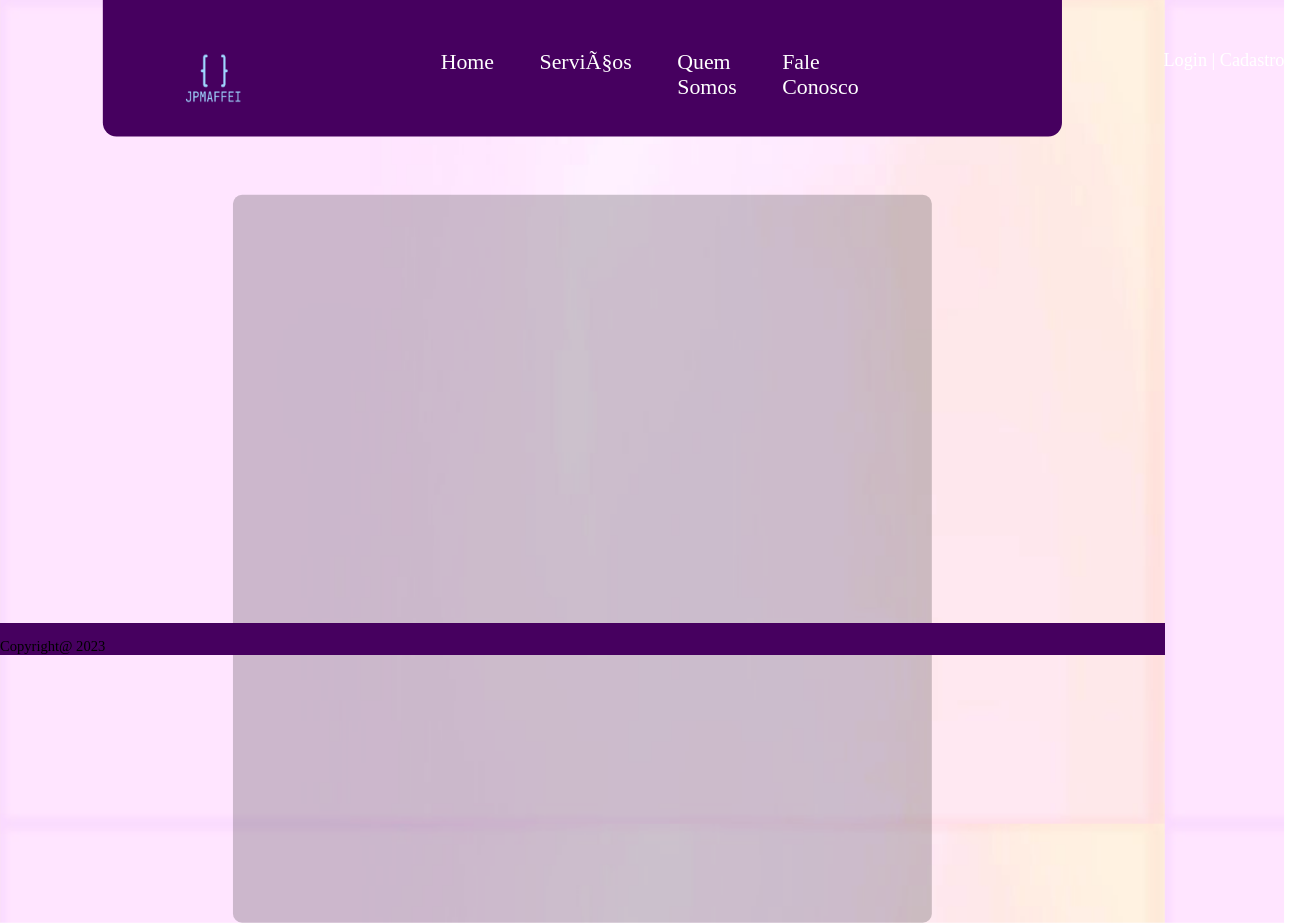
Repository: jpmaffei18/PROJETO_JAVA
Page: http://localhost/FinalWeb/home.jsp
These files come from the project's save history. The page is drawn as it stood at one moment and after the next save; the edit follows.
The browser window is 1280 px wide. The page is 1411 px wide, then 1441 px, then 1411 px, so the pictures cover 1441 px, including what lies to the right of the window. The pictures show the whole page, at 91% of full size.
Backgrounds fixed to the window are drawn as part of the page. The page is served by Tomcat 9.

Above is the page before, as saved 2023-03-31 14:19:12.

After the next save:
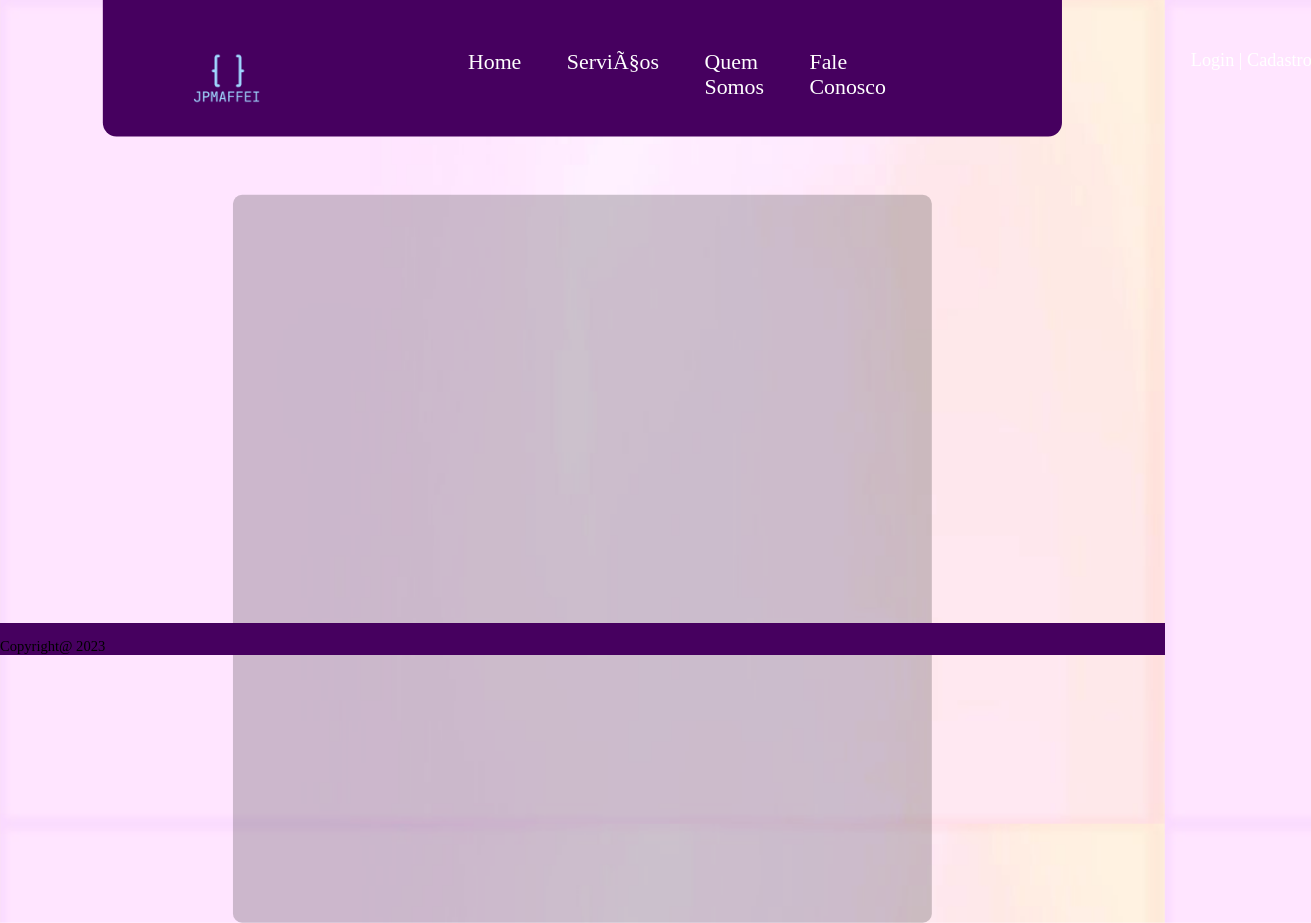
Saved 13 s later.
--- a/FinalWeb/src/main/webapp/home.css
+++ b/FinalWeb/src/main/webapp/home.css
@@ -24,6 +24,7 @@
 }
 
 .logo{
+	ar
     width: 15%;
     height: 150px;
     margin-left: 3%;

After the 2 saves that followed:
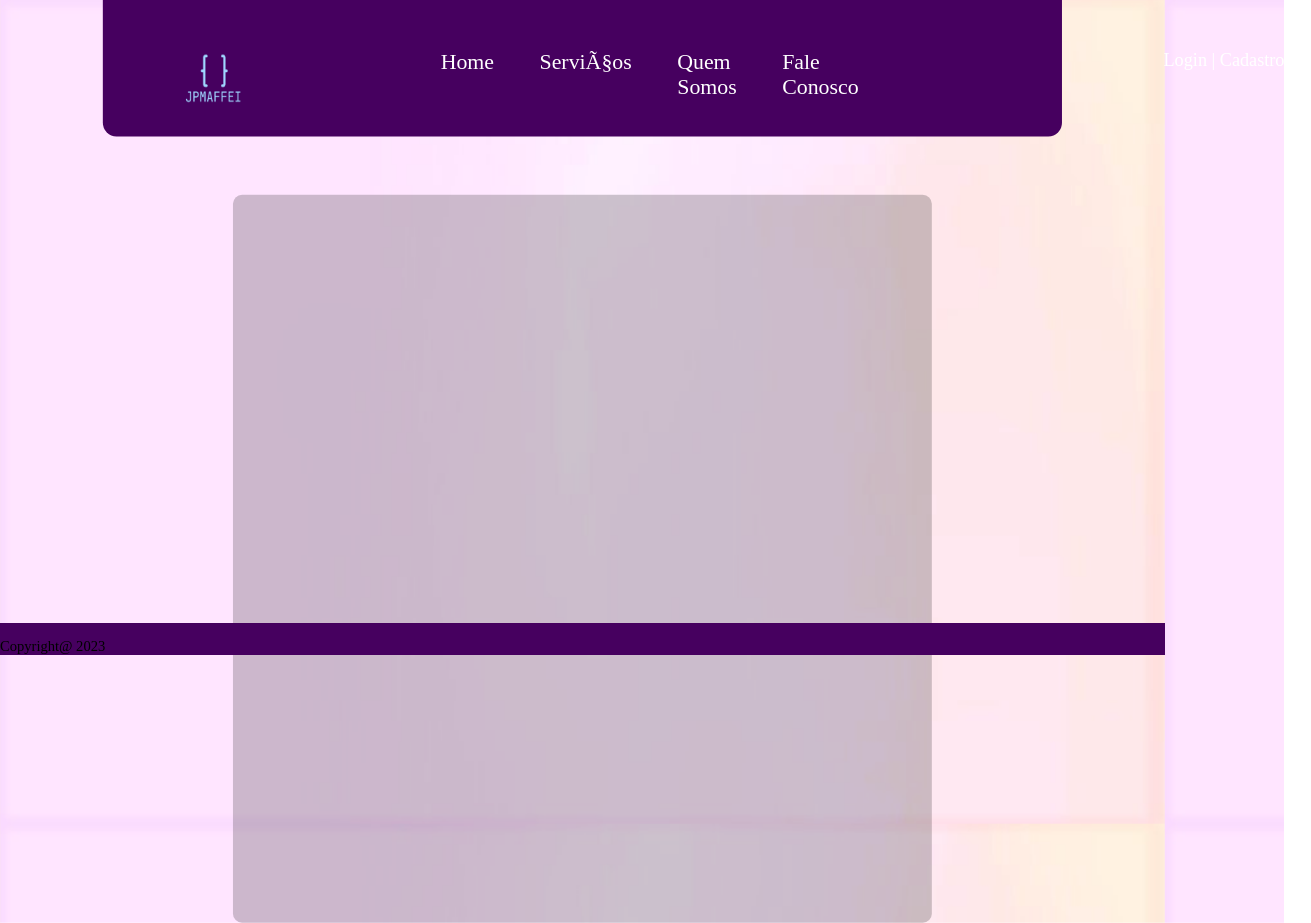
The 2 saves are shown as one change because they came seconds apart.
The last was saved 10 s later.
--- a/FinalWeb/src/main/webapp/home.css
+++ b/FinalWeb/src/main/webapp/home.css
@@ -24,7 +24,7 @@
 }
 
 .logo{
-	ar
+	margin-top: 0;
     width: 15%;
     height: 150px;
     margin-left: 3%;
